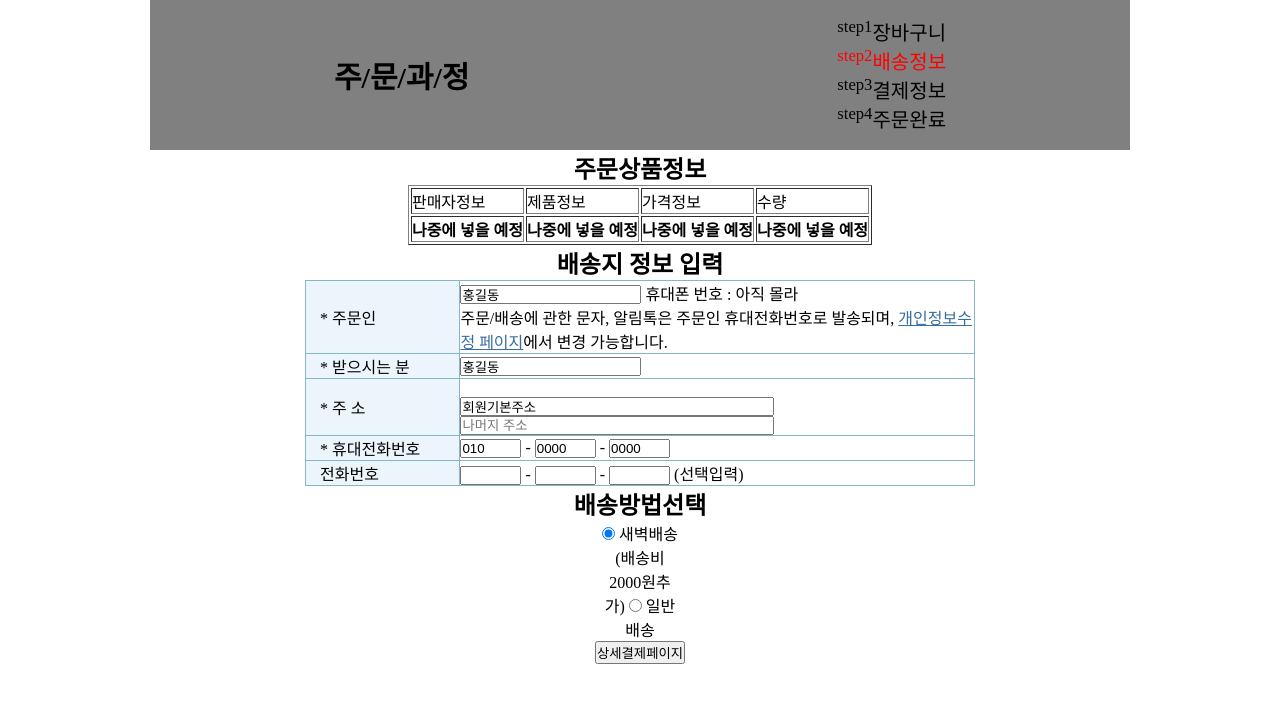
Repository: kym-1000/book
Page: http://localhost/book/WEB-INF/views/cart/ShippingInformation.jsp
These files come from the project's save history. The page is drawn as it stood at one moment and after the next save; the edit follows.
The browser window is 1280 px wide. The pictures show the whole page.
The page is served by Tomcat 9. Nobody is signed in. Other server files are loaded and not shown. The template is opened directly, without the code that normally fills it, so the values that code supplies are empty.

Above is the page before, as saved 2023-01-02 05:23:50.

### book/book/src/main/webapp/WEB-INF/views/cart/ShippingInformation.jsp
<%@ page language="java" contentType="text/html; charset=UTF-8"
    pageEncoding="UTF-8"%>
<%@ taglib uri="http://java.sun.com/jsp/jstl/core" prefix="c" %>

<!DOCTYPE html>
<html>
<head>
<meta charset="UTF-8">
<title>Insert title here</title>
<style type="text/css">


	*{
		margin: auto;
		padding: 0;
		}


	#pagetop{
		margin-left: 150px;
		margin-right: 150px;
	    background-color: grey;
	    font-size: 20px;
		height: 150px;
		display : flex;
	  	/* justify-content : center; */
	  	align-items : center;
		}

	#productinfo{
		margin-left: 150px;
		margin-right: 150px;
		display : flex;
		align-items : center;
		}

	#DefaultAddr{
		margin-left: 150px;
		margin-right: 150px;
		display : flex;
		align-items : center;
		}

	#productprice{
		margin-left: 600px;
		margin-right: 600px;
		display : flex;
		align-items : center;
		border: 1 solid;
		text-align: center;
	}

	#btn{
		text-align: center;
		align-items : center;
		display : flex;
	}



</style>
</head>
<body>

	<div id="pagetop">
		<h2 style="text-align: left;">
			주/문/과/정
		</h2>
		<div style="text-align: right;">
		<div>
		<sup>step1</sup>장바구니
		</div>
		<div style="color: red">
		<sup>step2</sup>배송정보
		</div>
		<div>
		<sup>step3</sup>결제정보
		</div>
		<div>
		<sup>step4</sup>주문완료
		</div>
		</div>
	</div>

		<h2 style="text-align: center;">
			주문상품정보
		</h2>

	<div id="productinfo">
		<table border="1">
			<tr>
				<td>판매자정보</td>
				<td>제품정보</td>
				<td>가격정보</td>
				<td>수량</td>
			</tr>
			<tr>
				<th>나중에 넣을 예정</td>
				<th>나중에 넣을 예정</td>
				<th>나중에 넣을 예정</td>
				<th>나중에 넣을 예정</td>
			</tr>
		</table>
	</div>

	<h2 style="text-align: center;">배송지 정보 입력</h2>

	<form action="/cart/pay" method="get">

		<div id="DefaultAddr">
			<table id="Table1" cellspacing="1" cellpadding="3" width="670" bgcolor="#83b8c2" border="0" align="center">
				<tbody>
				<tr>
					<td  bgcolor="#edf5fc" style="padding-left:14px; text-align: left; width: 23%"><span class="warning">* </span>주문인</td>
					<td bgcolor="#ffffff">
						<input type="text" name="OrdererName" class="form" value="홍길동" maxlength="20">

						 휴대폰 번호 : 아직 몰라 <br>주문/배송에 관한 문자, 알림톡은 주문인 휴대전화번호로 발송되며,  <a style="color:#386da1" href="#" target="_blank">개인정보수정 페이지</a>에서 변경 가능합니다.

					</td>
				</tr>
				<tr>
					<td bgcolor="#edf5fc" style="padding-left:14px; text-align: left; width: 23%"><span class="warning">* </span>받으시는 분</td>
					<td bgcolor="#ffffff"><input class="form" type="text" maxlength="20" value="홍길동" name="ReceiverName">

					</td>
				</tr>

				<tr>
					<td bgcolor="#edf5fc" style="padding-left:14px; text-align: left; width: 23%"><span class="warning">*</span>
						주 소</td>
					<td bgcolor="#ffffff">

							<br>
							<input type="text" id="Address1" name="Address1" class="form" style="width:310px" maxlength="50" readonly="readonly" value="회원기본주소">
							<br>
							<input type="text" id="Address2" name="Address2" class="form" style="width:310px" maxlength="100" value="" placeholder="나머지 주소">

					</td>
				</tr>
				<tr>
					<td bgcolor="#edf5fc" style="padding-left:14px; text-align: left; width: 23%"><span class="warning">* </span>휴대전화번호</td>
					<td bgcolor="#ffffff">
					<input class="form" type="text" maxlength="4" size="5" name="Hp1" value="010"> -
					 <input class="form" type="text" maxlength="4" size="5" name="Hp2" value="0000"> -
					  <input class="form" type="text" maxlength="4" size="5" name="Hp3" value="0000">


					</td>
				</tr>
				<tr>
					<td bgcolor="#edf5fc" style="padding-left:14px; text-align: left; width: 23%">
						전화번호</td>
					<td bgcolor="#ffffff">
					<input class="form" type="text" maxlength="4" size="5" name="Tel1" value=""> -
					 <input class="form" type="text" maxlength="4" size="5" name="Tel2" value=""> -
					  <input class="form" type="text" maxlength="4" size="5" name="Tel3" value=""> (선택입력)</td>
				</tr>
				</tbody></table>
		</div>

		<h2 style="text-align: center;">배송방법선택</h2>

		<div id="productprice" style="text-align: center;">
			<fieldset style="border: none;">
			  <label>
			    <input type="radio" name="contact" value="dawn" checked />
			    <span>새벽배송(배송비2000원추가)</span>
			  </label>

			  <label>
			    <input type="radio" name="contact" value="normal" />
			    <span>일반배송</span>
			  </label>
			</fieldset>

		</div>

		<button type="submit" id="btn" >상세결제페이지</button>

		</form>



</body>
</html>

After the next save:
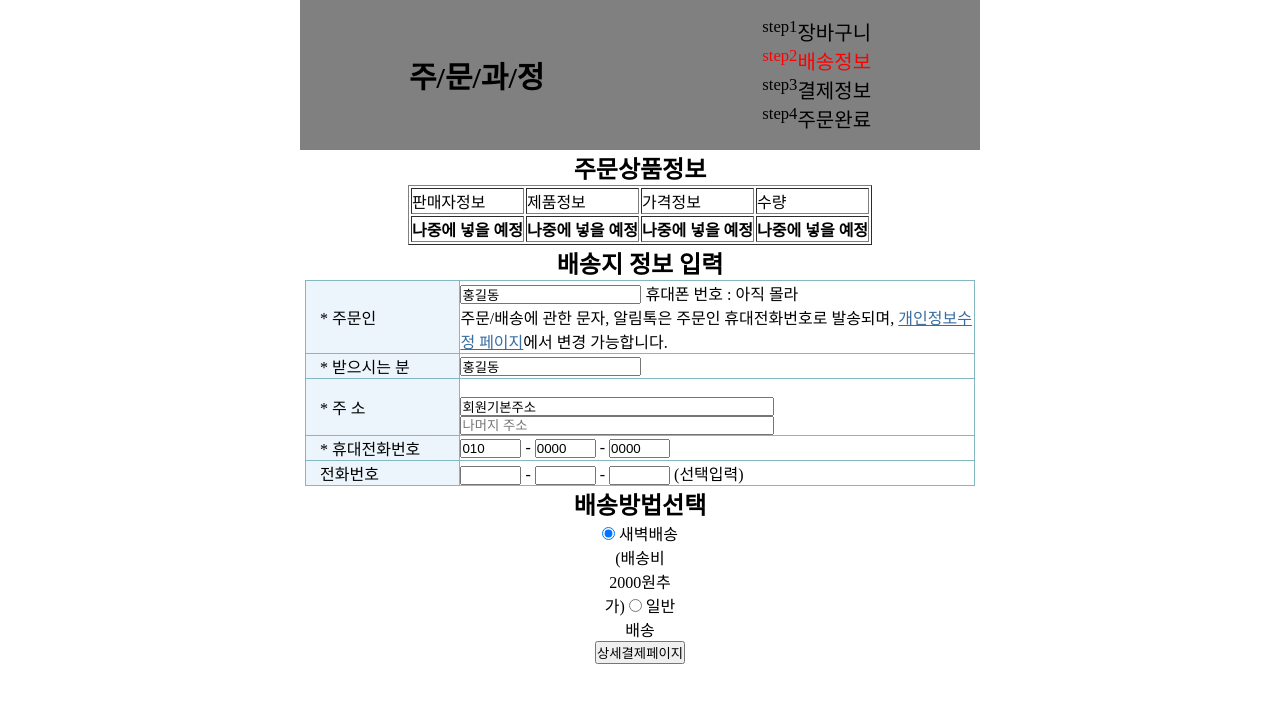
Saved 94 s later.
--- a/book/book/src/main/webapp/WEB-INF/views/cart/ShippingInformation.jsp
+++ b/book/book/src/main/webapp/WEB-INF/views/cart/ShippingInformation.jsp
@@ -17,8 +17,8 @@
 
 
 	#pagetop{
-		margin-left: 150px;
-		margin-right: 150px;
+		margin-left: 300px;
+		margin-right: 300px;
 	    background-color: grey;
 	    font-size: 20px;
 		height: 150px;
